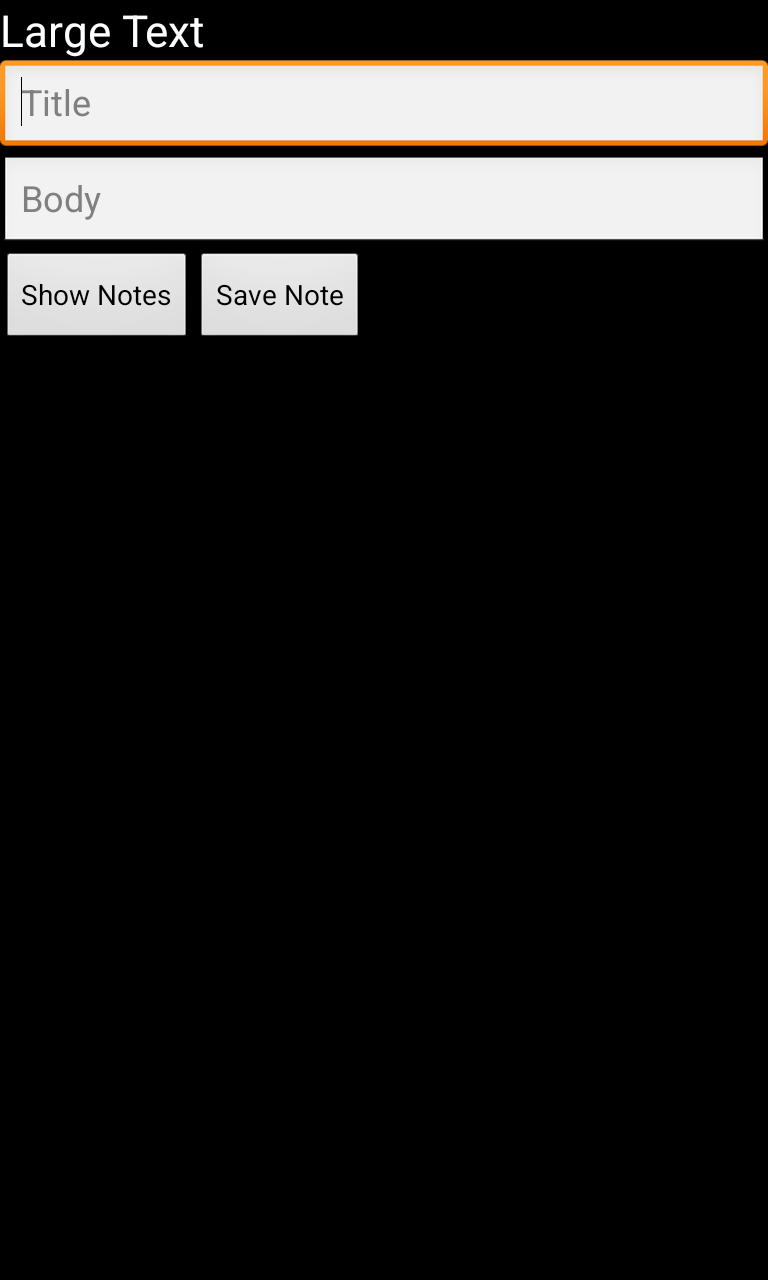
Repository: smartapps08/addteqtutorials
Layout: Database Demo/res/layout/main.xml
The author's editor kept a copy of each file at every save. The layout is drawn from the files as they stood at one save, then again after the next save.
It is drawn on a 768 x 1280 px phone screen (xhdpi) without system bars, with theme android:Theme; the app's code is not run.

Above is the layout before, as saved 2012-06-12 15:24:33.

After the next save:
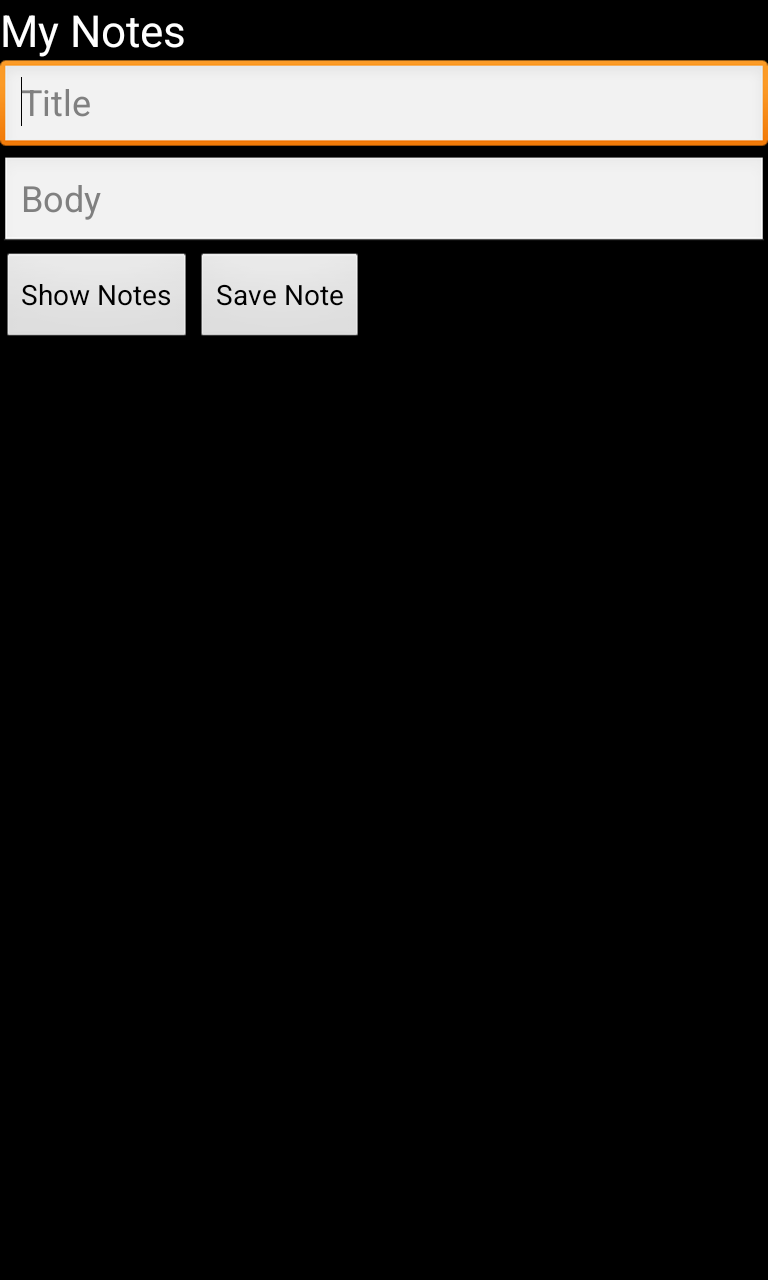
Saved 18 s later.
--- a/Database Demo/res/layout/main.xml
+++ b/Database Demo/res/layout/main.xml
@@ -8,7 +8,7 @@
         android:id="@+id/textView1"
         android:layout_width="wrap_content"
         android:layout_height="wrap_content"
-        android:text="Large Text"
+        android:text="My Notes"
         android:textAppearance="?android:attr/textAppearanceLarge" />
 
     <EditText
